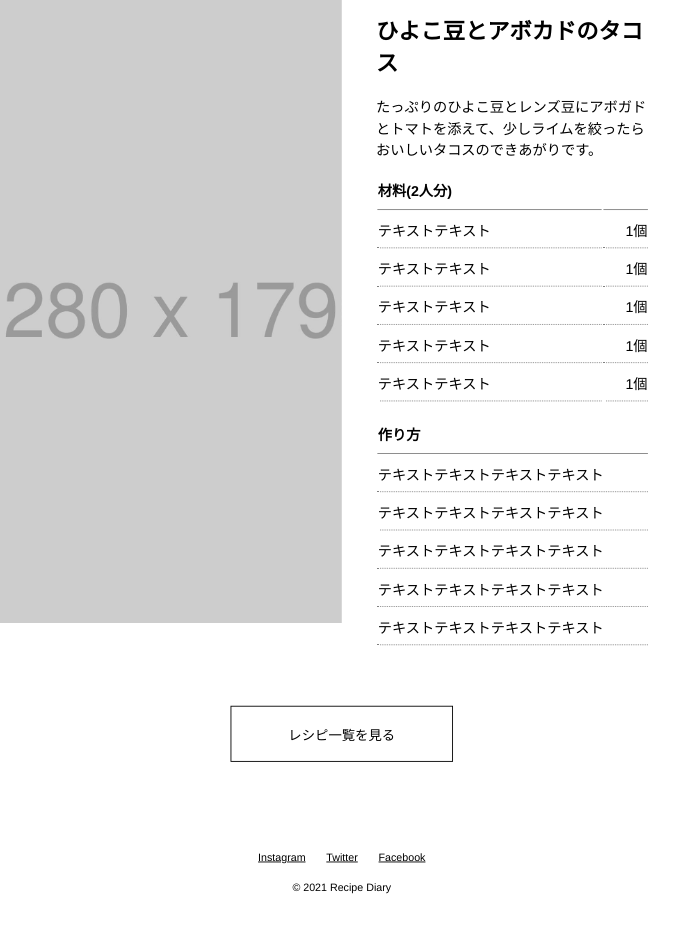
Repository: n19880405nick/challenge
Page: Codestep/Recipe Diary/recipe.html
The author's editor kept a record of every edit. The page is drawn from the files as they stood at one moment, then again after the next edit.
The browser window is 768 px wide. The pictures show the whole page, at 89% of full size.

Above is the page before.

### Codestep/Recipe Diary/recipe.html
<!DOCTYPE html>
<html lang="ja">
  <head>
    <meta charset="UTF-8">
    <meta name="viewport" content="width=device-width, initial-scale=1.0">
    <title>Recipe Diary</title>
    <link rel="stylesheet" href="recipe.css">
    <link rel="shortcut icon" href="favicon.ico">
  </head>

  <body>

    <main>
      <div class="contents">
        <div class="visual"></div>
        <div class="content">
          <div class="text">
            <span class="title"><strong>ひよこ豆とアボカドのタコス</strong></span>
            <span class="subtitle">
              たっぷりのひよこ豆とレンズ豆にアボガドとトマトを添えて、少しライムを絞ったらおいしいタコスのできあがりです。
            </span>
          </div>
          <table class="material">
            <thead>
              <tr>
                <th>材料(2人分)</th>
                <th></th>
              </tr>
            </thead>
            <tbody>
              <tr>
                <td>テキストテキスト</td>
                <td>1個</td>
              </tr>
              <tr>
                <td>テキストテキスト</td>
                <td>1個</td>
              </tr>
              <tr>
                <td>テキストテキスト</td>
                <td>1個</td>
              </tr>
              <tr>
                <td>テキストテキスト</td>
                <td>1個</td>
              </tr>
              <tr>
                <td>テキストテキスト</td>
                <td>1個</td>
              </tr>
            </tbody>
          </table>
          <table class="howto">
            <thead>
              <tr>
                <th>作り方</th>
              </tr>
            </thead>
            <tbody>
              <tr>
                <td>テキストテキストテキストテキスト</td>
              </tr>
              <tr>
                <td>テキストテキストテキストテキスト</td>
              </tr>
              <tr>
                <td>テキストテキストテキストテキスト</td>
              </tr>
              <tr>
                <td>テキストテキストテキストテキスト</td>
              </tr>
              <tr>
                <td>テキストテキストテキストテキスト</td>
              </tr>
            </tbody>
          </table>
        </div>
      </div>

      <div class="to_index">
        <p class="link"><a class="index" href="">レシピ一覧を見る</a></p>
      </div>

      <footer>
        <div class="sns">
          <span class="Ins"><a href="">Instagram</a></span>
          <span class="Tw"><a href="">Twitter</a></span>
          <span class="FB"><a href="">Facebook</a></span>
        </div>
        <span class="copyrights">© 2021 Recipe Diary</span>
      </footer>
    </main>
  </body>
</html>

### Codestep/Recipe Diary/recipe.css
*{
  margin: 0;
  padding: 0;
  box-sizing: border-box;
}

body{
  font-family: Helvetica Neue, Arial, Hiragino Sans, Meiryo, sans-serif;
}

.contents{
  width: 100%;
  display: flex;
}

.visual{
  width: 50%;
  height: 700px;
  background-image: url("img/recipe1.jpg");
  background-size: cover;
  background-position: center;
}

.content{
  width: 50%;
  padding: 2% 5%;
}

.text{
  display: flex;
  flex-direction: column;
}

.title{
  font-size: 25px;
  margin-bottom: 20px;
}

.material, .howto{
  width: 100%;
  margin-top: 20px;
}

th{
  padding-bottom: 10px;
  border-bottom: solid 1px gray;
  text-align: left;
}

td{
  padding: 8px 0;
  border-bottom: dotted 1px gray;
}

td:nth-child(2n){
  text-align: right;
}

.to_index{
  width: 100%;
  margin: 50px auto 100px;
  display: flex;
  text-align: center;
}

.link{
  margin: 0 auto;
  padding: 20px 50px;
  width: 250px;
  border: solid 1px black;
  font-size: 15px;
}

.index{
  text-decoration: none;
}

a{
  color: black;
}

footer{
	width: 100%;
	height: 100px;
	display: flex;
	flex-direction: column;
	align-items: center;
	font-size: 12px;
}

.sns{
  margin-bottom: 20px;
}

.Tw{
  margin: 0 20px;
}

After the next edit:
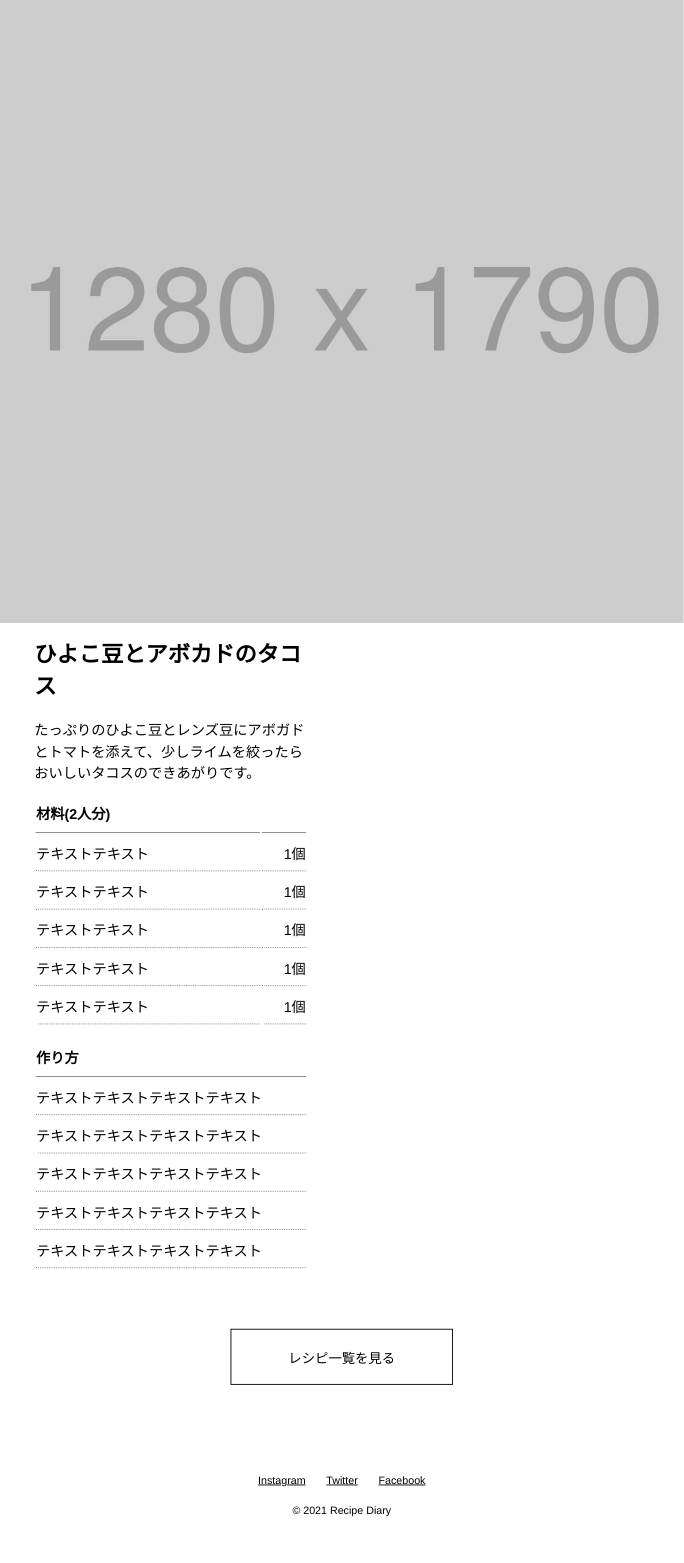
The edit:
--- a/Codestep/Recipe Diary/recipe.css
+++ b/Codestep/Recipe Diary/recipe.css
@@ -95,3 +95,14 @@ footer{
 .Tw{
   margin: 0 20px;
 }
+
+@media screen and (max-width: 834px){
+  .contents{
+    flex-direction: column;
+  }
+
+  .visual{
+    width: 100%;
+  }
+
+}
